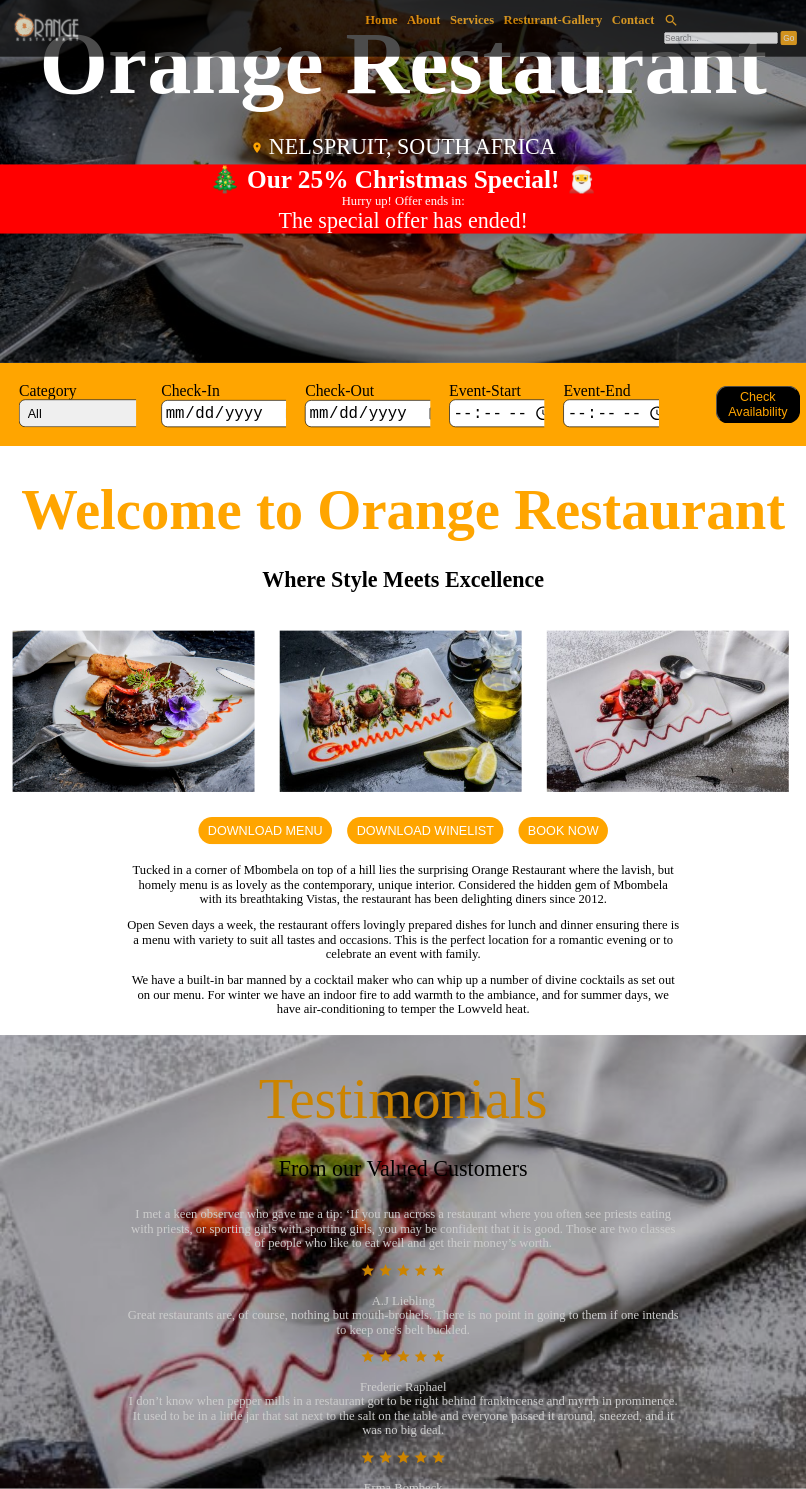
Repository: KaraboM20/KaraboUpdatedProjectOrang-Rest
Page: index.html
These files come from the project's save history. The page is drawn as it stood at one moment and after the next save; the edit follows.
The browser window is 1280 px wide. The pictures show the whole page, at 63% of full size.

Above is the page before, as saved 2025-01-31 14:01:31.

### index.html
<!DOCTYPE html>
<html lang="en">
<head>
    <meta charset="UTF-8">
    <meta name="viewport" content="width=device-width, initial-scale=1.0">
    <link href="https://fonts.googleapis.com/icon?family=Material+Icons" rel="stylesheet">
    <link rel="stylesheet" href="./responsive.css">
    <link rel="stylesheet" href="./style.css">
    <title>Orange Resturant</title>
</head>
<body>
    <header>
        <!-- The nav-bar section -->
         <section class="nav-section">
            <div class="navbar">
            <div class="logo">
            <img src="./assets/Orange-Logo.png" alt="" class="logo-img">
            </div>

            <div class="nav-info">
                <ul>
                    <li><a href="./index.html">Home</a></li>
                    <li><a href="./about.html">About</a></li>
                    <li><a href="./services.html">Services</a></li>
                    <li><a href="./gallery.html">Resturant-Gallery</a></li>
                    <li><a href="./contact.html">Contact</a></li>
                    <li>
                    <div class="search-container">
                        <span class="material-icons search-icon">search</span>
                        <div class="search-box">
                            <input type="text" placeholder="Search...">
                            <button type="button" class="button-go">Go</button>
                        </div>
                    </div>
                </li>
                </ul>
             </div>

        </div>
    </section>

    <section></section>
    <div class="upper-section">

        <div class="overlay">
        </div>

        <div class="banner-wrap">
            <div class="name"><h1>Orange Restaurant</h1></div>
            <div class="icon-div">
            <span class="icon">
                <span class="material-icons"><a href="https://www.google.com/maps/dir//4+Du+Preez+St,+Mbombela,+1200/@-25.4780157,30.9067737,12z/data=!4m8!4m7!1m0!1m5!1m1!1s0x1ee849f51301d8b7:0xb337d404eb7d9758!2m2!1d30.9891752!2d-25.4780387?entry=ttu&g_ep=EgoyMDI0MTExOC4wIKXMDSoASAFQAw%3D%3D" target="_blank">location_on</a> </span>
                NELSPRUIT, SOUTH AFRICA
            </span>
            </div>

            <div class="countdown-container">
                <h6>🎄 Our 25% Christmas Special! 🎅</h6>
                <p class="chritmas-special">Hurry up! Offer ends in:</p>
                <div id="countdown">
                    <span id="days"></span> Days
                    <span id="hours"></span> Hours
                    <span id="minutes"></span> Minutes
                    <span id="seconds"></span> Seconds
                </div>
            </div>

        </div>

        </div>


    </header>
<!-- availability section -->
    <section>
        <form class="check-availability">
        <div class="category">
            <label for="name">Category</label>
            <select name="category" id="category-select">
                <option value="all">All</option>
                <option value="Wedding and Events">Wedding and Events</option>
                <option value="Conferencing">Conference</option>
                <option value="The Mandarin Room">The Mandarin Room</option>
            </select>
        </div>

        <div class="check-in">
            <label for="name">Check-In</label>
            <input type="date">
        </div>

        <div class="check-out">
            <label for="name">Check-Out</label>
            <input type="date">
        </div>

        <div class="event-start">
            <label for="name">Event-Start</label>
            <input type="time">
        </div>

        <div class="event-end">
            <label for="name">Event-End</label>
            <input type="time">
        </div>

        <div>
            <button class="check-button">Check Availability</button>
        </div>
        </form>

    </section>

    <!-- Focuses on the Food -->
    <section>
        <div class="welcome">
        <h1 class="welcome-info">Welcome to Orange Restaurant</h1>
        <h2 class="welcome-info-two">Where Style Meets Excellence</h2>
    </div>


    <div class="food-images">
        <img src="./assets/food-image.jpg" alt="" class="image1">
        <img src="./assets/Food-image2.jpg" alt="" class="image2">
        <img src="./assets/Food-image3.jpg" alt="" class="image3">
    </div>
    <div class="two-buttons">
        <button class="button1"><a href="https://www.eatatorange.co.za/wp-content/uploads/2024/07/NEW-MENU-2024.pdf" target="_blank" class="button-link">DOWNLOAD MENU</a>
            </button>
        <button class="button2"><a href="https://www.eatatorange.co.za/wp-content/uploads/2024/07/WINE-LIST-2024.pdf" target="_blank" class="button-link">DOWNLOAD WINELIST</a></button>
        <button class="button3"><a href="./booking.html" class="button-link">BOOK NOW</a></button>
    </div>

    <div class="paragraph">

    <p>Tucked in a corner of Mbombela on top of a hill lies the surprising Orange Restaurant where the lavish, but homely menu is as lovely as the contemporary, unique interior. Considered the hidden gem of Mbombela with its breathtaking Vistas, the restaurant has been delighting diners since 2012.</p>
    <br>
    <p>Open Seven days a week, the restaurant offers lovingly prepared dishes for lunch and dinner ensuring there is a menu with variety to suit all tastes and occasions. This is the perfect location for a romantic evening or to celebrate an event with family.</p>
    <br>
    <p>We have a built-in bar manned by a cocktail maker who can whip up a number of divine cocktails as set out on our menu.
        For winter we have an indoor fire to add warmth to the ambiance, and for summer days, we have air-conditioning to temper the Lowveld heat.</p>
    </div>

    </section>
<!-- The footer which is about the testimonies -->
    <section>
        <div class="testimony">
            <div class="overlay2"></div>
            <div class="testimony-header">Testimonials</div>
            <div class="sub-heading">From our Valued Customers</div>

            <div class="testimony1">
                <p>I met a keen observer who gave me a tip: ‘If you run across a restaurant where you often see priests eating with priests, or sporting girls with sporting girls, you may be confident that it is good. Those are two classes of people who like to eat well and get their money’s worth.
                </p>
                <div class="star-icons">
                <span class="material-icons">star</span>
                <span class="material-icons">star</span>
                <span class="material-icons">star</span>
                <span class="material-icons">star</span>
                <span class="material-icons">star</span>
                </div>

                <p>A.J Liebling</p>

            </div>

            <div class="testimony2">
                <p> Great restaurants are, of course, nothing but mouth-brothels. There is no point in going to them if one intends to keep one's belt buckled.
                </p>
                <div class="star-icons">
                    <span class="material-icons">star</span>
                    <span class="material-icons">star</span>
                    <span class="material-icons">star</span>
                    <span class="material-icons">star</span>
                    <span class="material-icons">star</span>
                </div>

                <p>Frederic Raphael</p>

            </div>

            <div class="testimony3">
                <p>I don’t know when pepper mills in a restaurant got to be right behind frankincense and myrrh in prominence. It used to be in a little jar that sat next to the salt on the table and everyone passed it around, sneezed, and it was no big deal.
                     </p>
                     <div class="star-icons">
                        <span class="material-icons">star</span>
                        <span class="material-icons">star</span>
                        <span class="material-icons">star</span>
                        <span class="material-icons">star</span>
                        <span class="material-icons">star</span>
                     </div>
                <p>Erma Bombeck</p>

            </div>


        </div>
    </section>

    <script src="script.js"></script>
</body>

</html>

### responsive.css
@media (max-width: 768px) and (min-width:480px)  {
 body {
    text-align: center;
    align-items: center;
    justify-content: center;
    /* max-width: 600px; */
 }

 .check-availability {
    display: block;
    display: grid;

 }



}

### style.css
* {
    margin: 0;
    padding: 0;
    overflow-x: hidden;
    box-sizing: border-box;

}

.nav-section {
    opacity: 0.7;
    background-color: black;
    position: fixed;
    top: 0;
    width: 100%;
    z-index: 1000;
}



.upper-section {
    background-image: url(./assets/food-image.jpg);
    background-size: cover;
    background-position: center;
    height: 80vh;
    width: 100vw;
    position: relative;
    z-index: 0;

}

.navbar {
    display: flex;
    justify-content: space-between;

}

.nav-info {
    position: sticky;
}

.nav-info ul {
    list-style: none;
    color: orange;
    display: flex;
    margin-top: 20px;

}

.nav-info li {
    margin-right: 15px;
    font-size: 18px;
    font-weight: bold;

}

.button-go {
    background-color: orange;
    color: white;
    border: none;
    border-radius: 4px;
    padding: 4px;
}

.overlay {
    z-index: -1;
    height: 100%;
    width: 100%;
    background: black;
    position: absolute;
    top: 0;
    opacity: 40%;
}



a {
    text-decoration: none;
    color: orange;
    font-size: 20px;
}

a:hover {
    color: rgb(226, 43, 162);
    cursor: pointer;
}

li:hover {
    cursor: pointer;
}


.banner-wrap {
    color: white;
    font-size: 70px;
    text-align: center;
    justify-content: center;

}

h1 {
    margin-top: 20px;
}

.icon {
    text-decoration:none;
    color: white;
    font-size: 35px;
    align-items: center;
    justify-content: center;

}

.material-icons {
    color: orange;
}


.check-availability {
    display: flex;
   background-color: orange;
   padding: 10px;
   border: none;
   font-size: 25px;
   align-items: center;
   max-width: 100vw;


}

.check-availability input {

    font-size: 25px;
    border: 1px solid black;
    border-radius: 10px;
    padding: 5px;
}

.category {
    display: grid;
    margin: 20px;
}

#category-select {
    font-size: 20px;
    border: 1px solid black;
    border-radius: 10px;
    padding: 9px;
}

.check-in {
    display: grid;
    margin: 10px;
    padding: 5px 10px;
}

.check-out {
    display: grid;
    margin: 10px;
    padding: 5px 10px;

}

.event-start {
    display: grid;
    margin: 10px;
    padding: 5px 10px;

}

.event-end {
    display: grid;
    margin: 10px;
    padding: 5px 10px;

}

.check-button  {
    color: orange;
    background-color: black;
    border-radius: 20px;
    font-size: 20px;
    margin-bottom: 0;
    margin-left: 80px;
    padding: 5px 10px;
    text-align: center;


}

.check-button:hover {
    color: black;
    background-color: orange;
    cursor: pointer;
}

.welcome {
    text-align: center;

}

.welcome-info {
    color: orange;
    font-size: 90px;
    margin-top: 50px;
}

.welcome-info-two {
    font-size: 35px;
    align-items: center;
    justify-content: center;
    margin-top: 40px;
    margin-bottom: 40px;
}

.food-images {
    display: flex;
    align-items: center;


}

img {
    margin: 20px;
    width: 30%;
    height: auto;
}

.two-buttons {
    margin-top: 20px;
    margin-bottom: 30px;
    text-align: center;

}

.button1 {
    color: white;
    background-color: orange;
    border: none;
    font-size: 20px;
    padding: 10px 15px;
    border-radius: 30px;
}

.button-link {
    color: white;
    background-color: orange;
}

.button-link:hover {
    color: black;
    cursor: pointer;
}

.button2 {
    color: white;
    background-color: orange;
    margin-left: 20px;
    border: none;
    font-size: 20px;
    padding: 10px 15px;
    border-radius: 30px;
}

.button3 {
    color: white;
    background-color: orange;
    margin-left: 20px;
    border: none;
    font-size: 20px;
    padding: 10px 15px;
    border-radius: 30px;
}


p {
    text-align: center;
    font-size: 20px;
    margin-left: 100px;
    margin-right: 100px;
    padding-left: 100px;
    padding-right: 100px;
}

.paragraph {
    margin-bottom: 30px;
}

.testimony {
    background-image: url(./assets/Food-image3.jpg);
    color: white;
    background-size: cover;
    background-position: center;
    height: 100vh;
    width: 100vw;
    position: relative;

}

.overlay2 {
    z-index: 1;
    height: 100%;
    width: 100%;
    background: black;
    position: absolute;
    top: 0;
    opacity: 20%;
}

.testimony-header {
    color: orange;
    font-size: 90px;
    margin-top: 50px;
    text-align: center;
}

.sub-heading {
    font-size: 35px;
    color: black;
    text-align: center;
    margin-top: 40px;
    margin-bottom: 40px;

}

.star-icons {
    color: orange;
    text-align: center;
    margin: 20px;


}

.top-logo {
    text-align: center;
}

.top-name {
    color: orange;
    font-size: 100px;
}

.top-name2 {
    font-size: 30px;
}

.paragraph2 {
    margin-top: 60px;
    margin-bottom: 60px;
}

.service-top {
    text-align: center;
}

.wedding {
    margin-top: 60px;
}

.wed-heading {
    text-align: center;
    font-size: 35px;
    font-weight: bold;
}

.wed-info {
    display: flex;
    align-content: center;
    align-items: center;
    justify-content: center;
    margin-top: 50px;
    margin-bottom: 50px;

}

.wed-img {
    width: 500px;

}

.img-thumbnail {
    width: 400px;

}

.wed-info2 {
    width: 400px;

}

.restaurant-image {
    display: flex;
    flex-wrap: wrap;
    height: 375px;
    gap: 20px;
    justify-content: center;

}

.restaurant-image img {
    height: 374px;
    width: 400px;
}

.contact-info {
    text-align: center;
    margin-top: 100px;
}

.booking-info {
    margin-top: 60px;
}

.booking-form {
    margin-top: 50px;
    margin-bottom: 50px;
}

.booking-form label {
    font-size: 30px;
    color: orange;
}

.booking-form input {
    font-size: 30px;
    border-radius: 10px;
}

.booking-label {
    margin-bottom: 30px;
}

.booking-button {
    color: white;
    background-color: orange;
    border: none;
    font-size: 30px;
    padding: 10px;
    border-radius: 25px;
    margin-top: 20px;
    margin-left: 200px;

}

.booking-button:hover {
    color: orange;
    background-color: black;
}

.countdown-container {
    color: white;
    background-color: red;
    border: none;
    font-size: 60px;

}



#countdown {
    font-size: 35px;
}

### script.js

const targetDate = new Date("December 25, 2024 23:59:59").getTime();


function updateCountdown() {
    const now = new Date().getTime();
    const timeLeft = targetDate - now;

    if (timeLeft > 0) {

        const days = Math.floor(timeLeft / (1000 * 60 * 60 * 24));
        const hours = Math.floor((timeLeft % (1000 * 60 * 60 * 24)) / (1000 * 60 * 60));
        const minutes = Math.floor((timeLeft % (1000 * 60 * 60)) / (1000 * 60));
        const seconds = Math.floor((timeLeft % (1000 * 60)) / 1000);


        document.getElementById("days").textContent = days;
        document.getElementById("hours").textContent = hours;
        document.getElementById("minutes").textContent = minutes;
        document.getElementById("seconds").textContent = seconds;
    } else {

        document.getElementById("countdown").textContent = "The special offer has ended!";
    }
}


setInterval(updateCountdown, 1000);


updateCountdown();



const searchIcon = document.querySelector('.search-icon');
const searchBox = document.querySelector('.search-box');

searchIcon.addEventListener('click', (event) => {
    event.stopPropagation();
    if (searchBox.style.display === 'none' || searchBox.style.display === '') {
        searchBox.style.display = 'block';
    } else {
        searchBox.style.display = 'none';
    }
});


document.addEventListener('click', (event) => {
    const searchContainer = document.querySelector('.search-container');
    if (!searchContainer.contains(event.target)) {
        searchBox.style.display = 'none';
    }
});

After the next save:
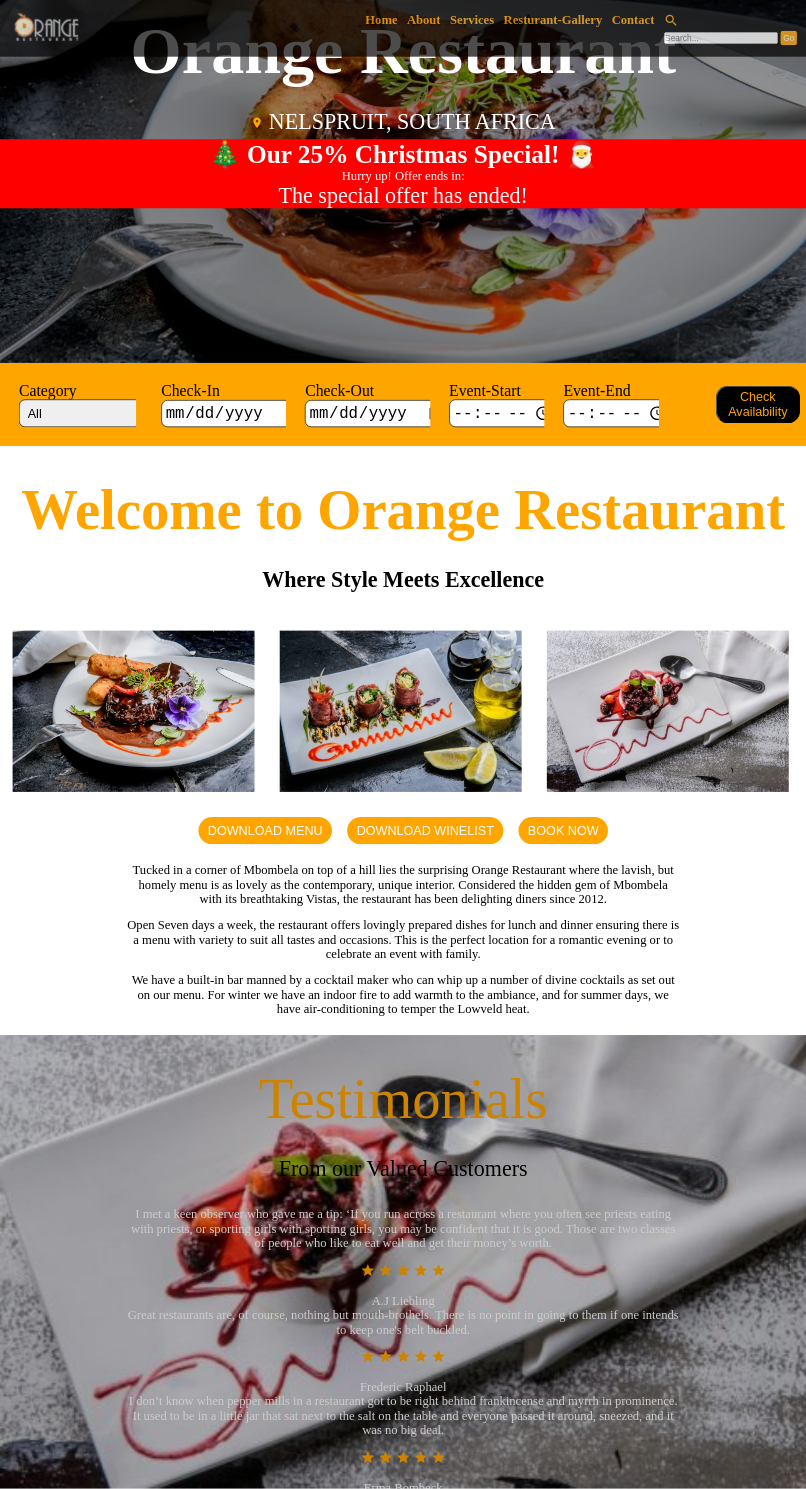
Saved 4 s later.
--- a/index.html
+++ b/index.html
@@ -39,7 +39,7 @@
         </div>
     </section>
 
-    <section></section>
+    <section>
     <div class="upper-section">
 
         <div class="overlay">
